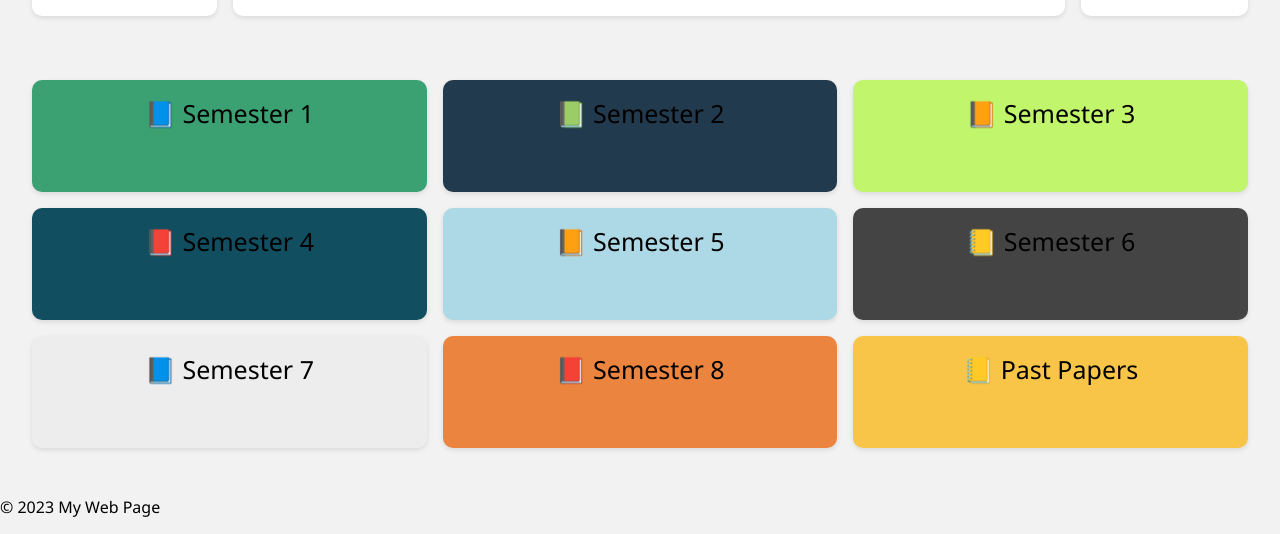
Repository: MariamSawera/eduNova
Page: index.html
These files come from the project's save history. The page is drawn as it stood at one moment and after the next save; the edit follows.
The browser window is 1280 px wide. The pictures show the part of the page from y = 1042 to 1576 px (the page is 1576 px tall before and 1472 px after).

Above is the page before, as saved 2025-07-21 20:12:42.

After the next save:
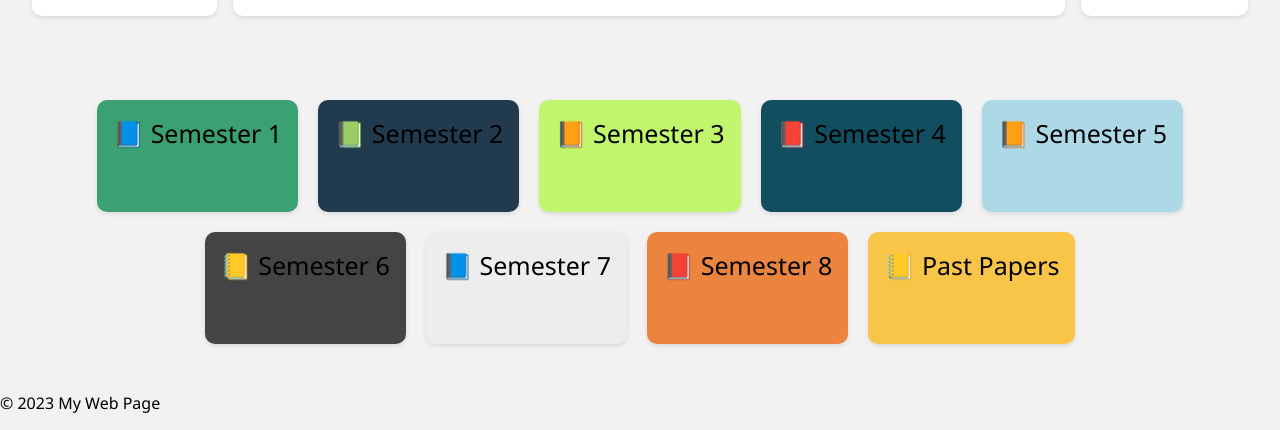
Saved 31 s later.
--- a/index.html
+++ b/index.html
@@ -60,7 +60,7 @@
   </div>
 
   <!-- Quick Material Access -->
-  <div class="quick-links">
+  <div class="quick-links"style="display: flex; flex-wrap: wrap; justify-content: center; gap: 20px; margin-top: 20px;">
     <div class="link-card"  style="background-color: #3CA172;"><a href="firstsemester.html">📘 Semester 1</a></div>
     <div class="link-card" style="background-color: #223A4E;"><a href="">📗 Semester 2</a></div>
     <div class="link-card" style="background-color:  rgb(192, 245, 108);"><a href="">📙 Semester 3</a></div>
